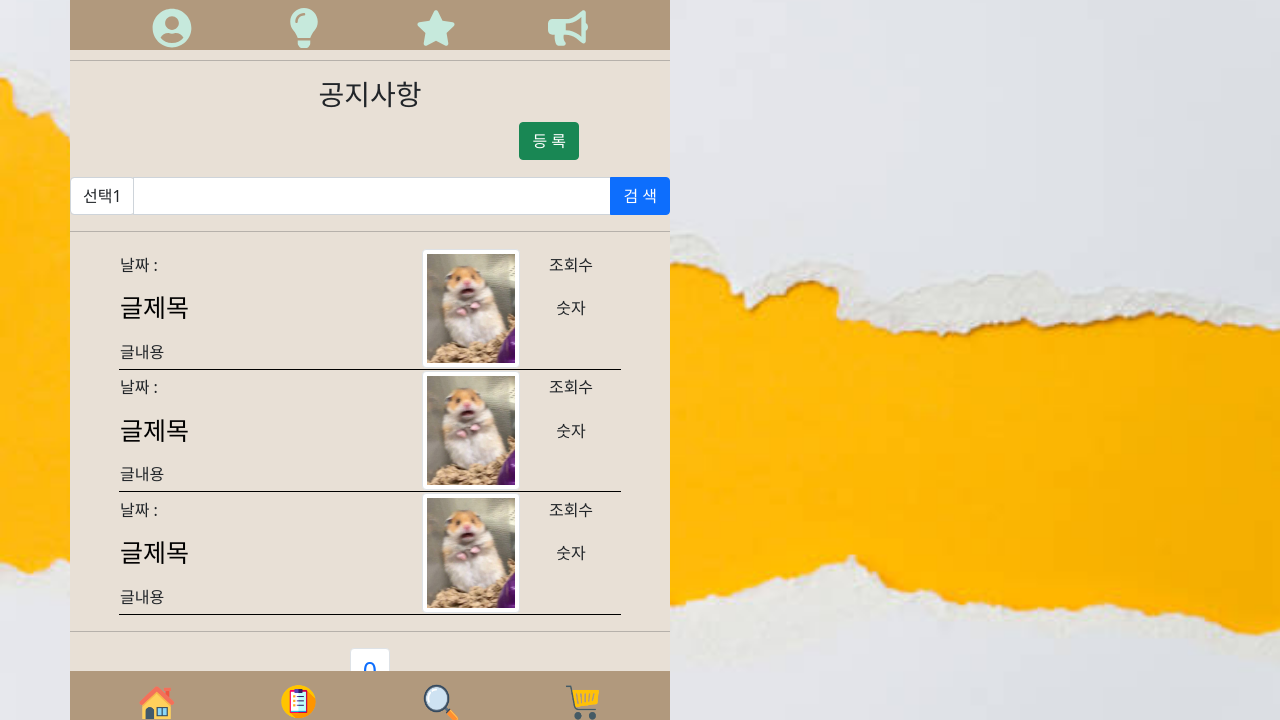
Repository: heegyu97/project
Page: http://localhost/0801_mvc2/WEB-INF/views/notice/notice.jsp
The author's editor kept a copy of each file at every save. The page is drawn from the files as they stood at one save, then again after the next save.
The browser window is 1280 px wide. The pictures show the whole page.
An inner scrolling area shows only its first screen. Some web libraries are served in a nearby version. The page is served by Tomcat 9. Nobody is signed in. The template is opened directly, without the code that normally fills it, so the values that code supplies are empty.

Above is the page before, as saved 2022-08-11 06:05:07.

After the next save:
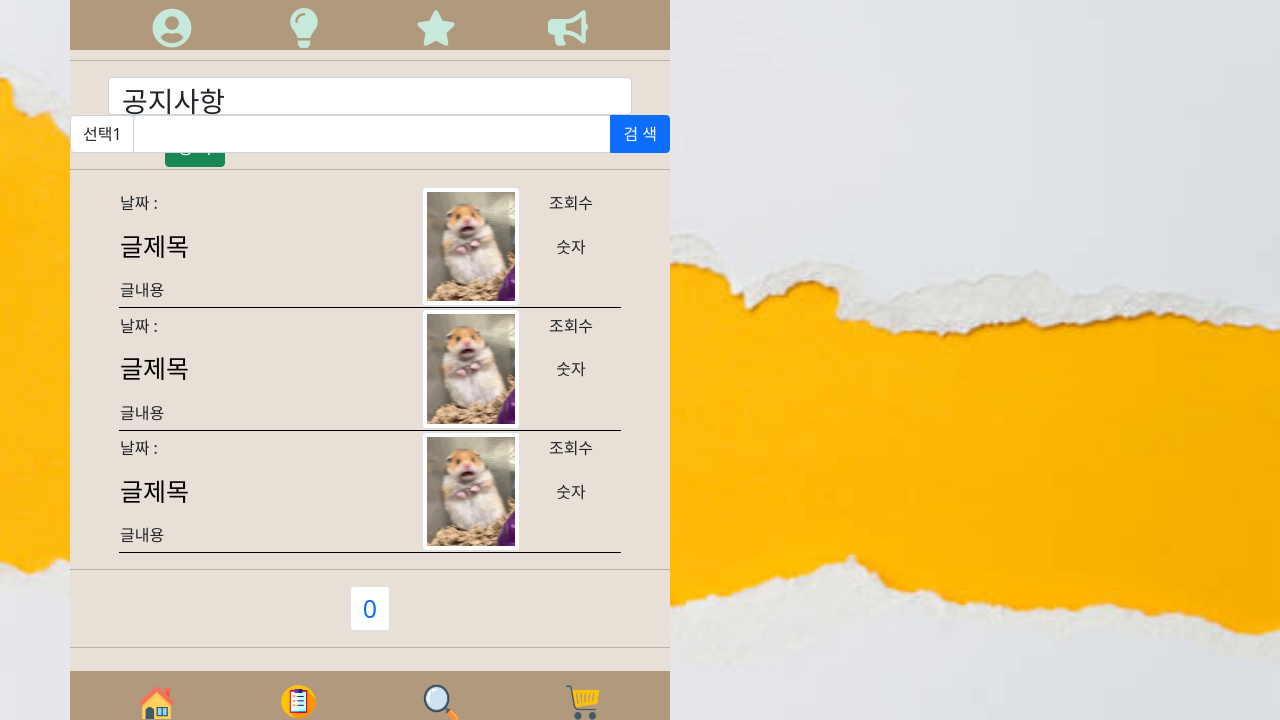
Saved 45 s later.
--- a/0720/0801_mvc2/src/main/webapp/WEB-INF/views/notice/notice.jsp
+++ b/0720/0801_mvc2/src/main/webapp/WEB-INF/views/notice/notice.jsp
@@ -37,7 +37,7 @@
 			<col class="w-25">
 
 
-			<tbody >
+			<tbody class="form-control">
 				<tr>
 					<td>
 						<h3 style="text-align: center;"> 공지사항 </h3>

After the save that followed:
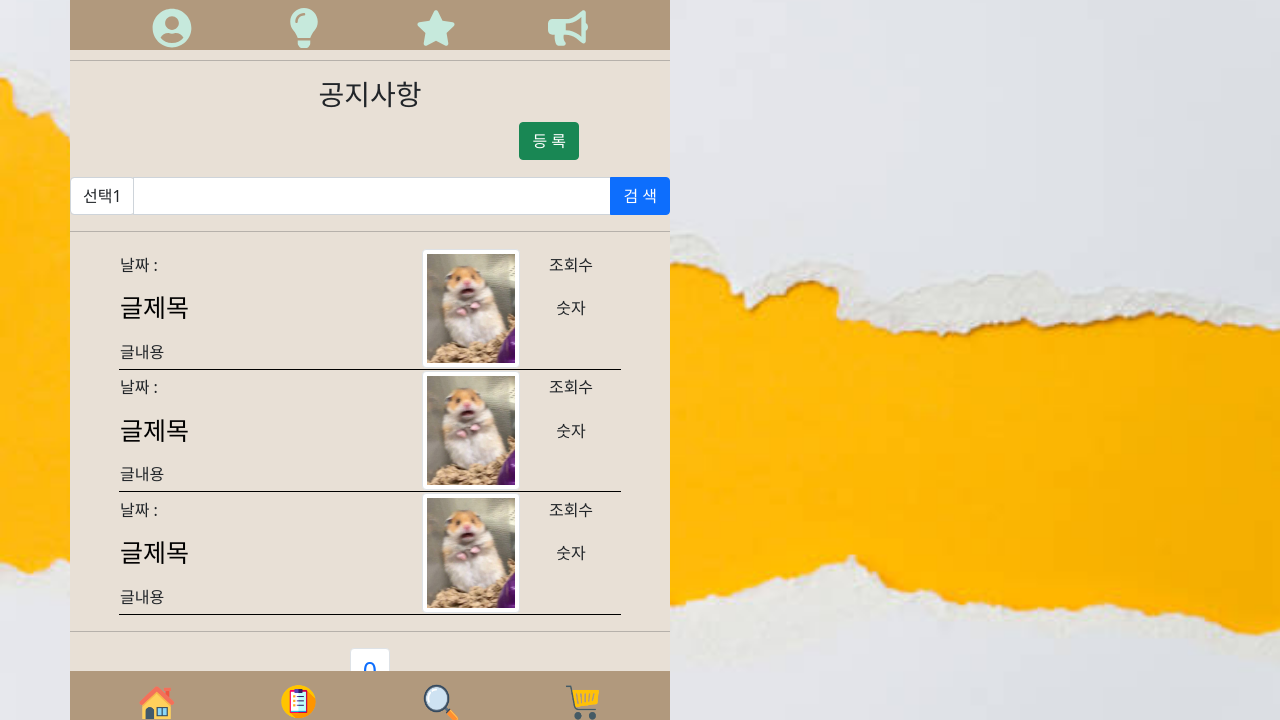
Saved 28 s later.
--- a/0720/0801_mvc2/src/main/webapp/WEB-INF/views/notice/notice.jsp
+++ b/0720/0801_mvc2/src/main/webapp/WEB-INF/views/notice/notice.jsp
@@ -37,7 +37,7 @@
 			<col class="w-25">
 
 
-			<tbody class="form-control">
+			<tbody>
 				<tr>
 					<td>
 						<h3 style="text-align: center;"> 공지사항 </h3>
